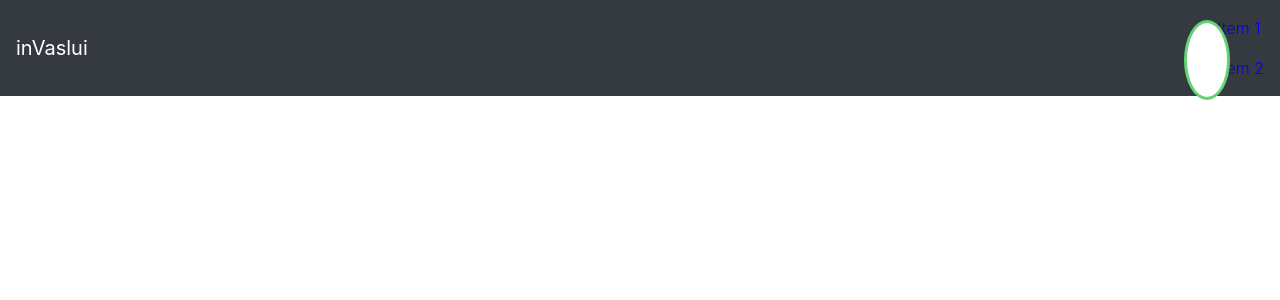
Repository: nicolasolo/in-vaslui
Page: index.html
The author's editor kept a copy of each file at every save. The page is drawn from the files as they stood at one save, then again after the next save.
The browser window is 1280 px wide. The pictures show the whole page.
Some web libraries are served in a nearby version.

Above is the page before, as saved 2020-03-29 21:05:44.

After the next save:
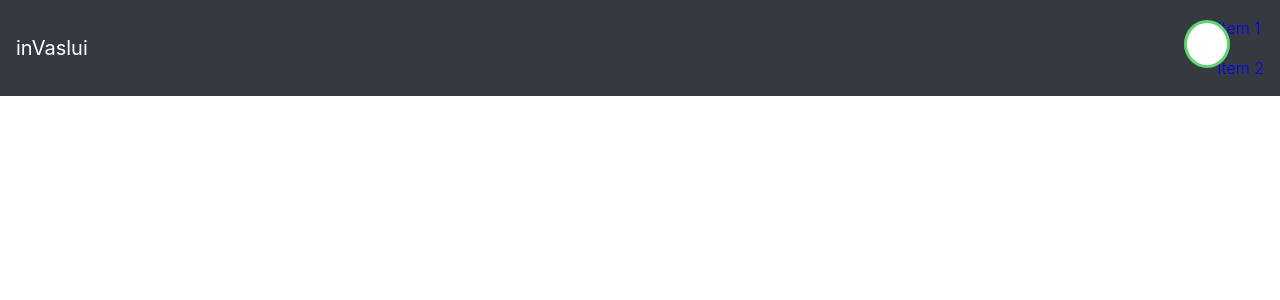
Saved 5 s later.
--- a/css/vaslui.css
+++ b/css/vaslui.css
@@ -17,7 +17,7 @@ a.navbar-brand{
     right: 50px;
     box-sizing: border-box;
     width: 0px;
-    height: 5rem;
+    height: 3rem;
     padding: 0 20px;
     outline: none;
     font-size: 18px;
